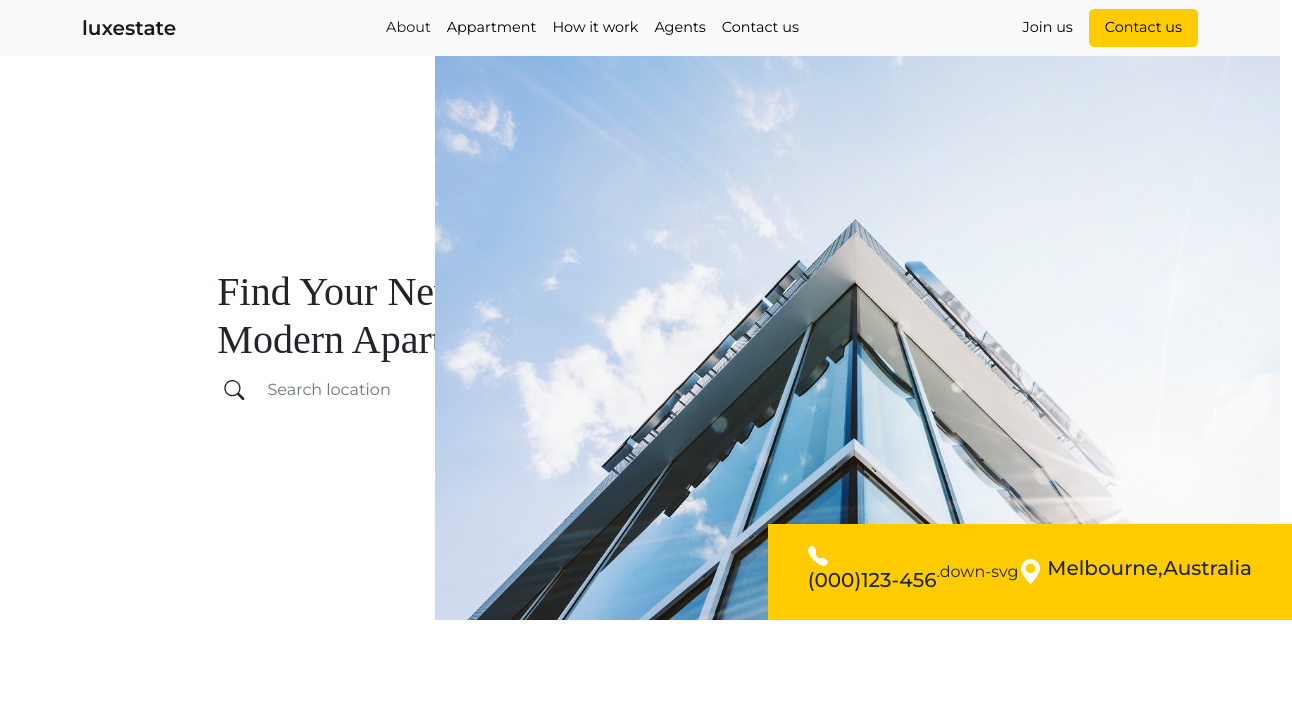
Repository: Toqa-25/luxstate
Page: index.html
The author's editor kept a copy of each file at every save. The page is drawn from the files as they stood at one save, then again after a run of saves.
The browser window is 1280 px wide. The page is 1292 px wide, so the pictures cover 1292 px, including what lies to the right of the window. The pictures show the whole page.

Above is the page before, as saved 2021-06-08 00:07:16.

### index.html
<!DOCTYPE html>
<html lang="en">
<head>
    <meta charset="UTF-8">
    <meta http-equiv="X-UA-Compatible" content="IE=edge">
    <meta name="viewport" content="width=device-width, initial-scale=1.0">
    <!-- Bootstrap file -->
    <link rel="stylesheet" href="css/bootstrap.css">
    <!-- My Bootstrap file -->
    <link rel="stylesheet" href="css/my-bootstrap.css">
    <!-- all main style -->
    <link rel="stylesheet" href="css/all.min.css">
    <!-- CDN css file -->
    <link href="https://cdn.jsdelivr.net/npm/bootstrap@5.0.1/dist/css/bootstrap.min.css" rel="stylesheet" integrity="sha384-+0n0xVW2eSR5OomGNYDnhzAbDsOXxcvSN1TPprVMTNDbiYZCxYbOOl7+AMvyTG2x" crossorigin="anonymous">
    <!-- Style file -->
    <link rel="stylesheet" href="css/style.css">
    <!-- web fonts -->
    <link rel="preconnect" href="https://fonts.gstatic.com">
<link href="https://fonts.googleapis.com/css2?family=Montserrat:wght@100;200;300;400;500;600;700;800;900&display=swap" rel="stylesheet">
    <title>Bootstarp</title>
</head>
<body>
    <nav class="navbar navbar-expand-lg navbar-light bg-light">
        <div class="container">
          <a class="navbar-brand" href="#">luxestate</a>
          <button class="navbar-toggler" type="button" data-bs-toggle="collapse" data-bs-target="#navbarSupportedContent" aria-controls="navbarSupportedContent" aria-expanded="false" aria-label="Toggle navigation">
            <span class="navbar-toggler-icon"></span>
          </button>
          <div class="collapse navbar-collapse offset-2 navbar-light" id="navbarSupportedContent">
            <ul class="navbar-nav me-auto mb-2 mb-lg-0 ">
              <li class="nav-item">
                <a class="nav-link active" aria-current="page" href="#">About</a>
              </li>
              <li class="nav-item ">
                <a class="nav-link " href="#">Appartment</a>
              </li>
              <li class="nav-item">
                <a class="nav-link" href="#">How it work</a>
              </li>
              <li class="nav-item">
                <a class="nav-link" href="#">Agents</a>
              </li>
              <li class="nav-item">
                <a class="nav-link" href="#">Contact us</a>
              </li>

            </ul>
            <ul class="nav justify-content-end last-nav">
                <li class="nav-item">
                  <a class="nav-link active" aria-current="page" href="#">Join us</a>
                </li>
                <li class="nav-item focuse">
                  <a class="nav-link " href="#">Contact us</a>
                </li>

              </ul>
          </div>
        </div>
      </nav>
      <header>
      <div class="row">
        <div class="image-section float-end col-8 ">
        <img src="images/cover-unsplash.jpg" class="img-fluid "  alt="...">
        <div class="text-over d-flex float-end">
          <div class="down-svg">
          <svg xmlns="http://www.w3.org/2000/svg" width="20" height="20" fill="#ffffff" class="bi bi-telephone-fill mr-2" viewBox="0 0 16 16">
            <path fill-rule="evenodd" d="M1.885.511a1.745 1.745 0 0 1 2.61.163L6.29 2.98c.329.423.445.974.315 1.494l-.547 2.19a.678.678 0 0 0 .178.643l2.457 2.457a.678.678 0 0 0 .644.178l2.189-.547a1.745 1.745 0 0 1 1.494.315l2.306 1.794c.829.645.905 1.87.163 2.611l-1.034 1.034c-.74.74-1.846 1.065-2.877.702a18.634 18.634 0 0 1-7.01-4.42 18.634 18.634 0 0 1-4.42-7.009c-.362-1.03-.037-2.137.703-2.877L1.885.511z"/>
          </svg>
          <h5>(000)123-456</h5>
        </div>
        .down-svg
          <svg xmlns="http://www.w3.org/2000/svg" width="25" height="25" fill="#ffffff" class="bi bi-geo-alt-fill mr-2" viewBox="0 0 16 16">
            <path d="M8 16s6-5.686 6-10A6 6 0 0 0 2 6c0 4.314 6 10 6 10zm0-7a3 3 0 1 1 0-6 3 3 0 0 1 0 6z"/>
          </svg>
          <h5>Melbourne,Australia</h5>
        </div>
        </div>
          <div class="header-text  col-4 order-first">
              <h1>Find Your New <br>
                Modern Apartment </h1>
                <form class="d-flex">
                    <svg xmlns="http://www.w3.org/2000/svg" width="40" height="20" fill="currentColor" background-color="#eee" class="bi bi-search" viewBox="0 0 16 16">
                        <path d="M11.742 10.344a6.5 6.5 0 1 0-1.397 1.398h-.001c.03.04.062.078.098.115l3.85 3.85a1 1 0 0 0 1.415-1.414l-3.85-3.85a1.007 1.007 0 0 0-.115-.1zM12 6.5a5.5 5.5 0 1 1-11 0 5.5 5.5 0 0 1 11 0z"/>
                      </svg>
                    <input class="form-control " type="search" placeholder=" Search location" aria-label="Search">
                    <button class="btn btn-warning" type="submit">Search </button>
                  </form>
          </div>

      </div>

    </header>

      <script src="js/bootstrap.min.js"></script>
</body>
</html>

### css/style.css
/* veriables */
:root{
    --main-color:#ffcc01;
}

/* global rules */
body{
    font-family: 'Montserrat', sans-serif;
    margin: 0;
    padding: 0;
}
 /* file style */

 .navbar-light .navbar-nav .nav-link,
 .last-nav  .nav-item .nav-link {
    color: black;
    font-weight: 400;
    font-size: .9rem;
}
.navbar-brand{
    font-weight: 600;
}
.last-nav   .focuse{
    background-color: var(--main-color);
    border-radius: 5px;
}
.header-text svg{
    margin:auto 5px;
}
.header-text input{
    border: none
}
.header-text button{
    background: var(--main-color);
    font-size: .75rem;
    width: 45%;
}
.header-text .d-flex{

}
.header-text {
    margin: auto;
    transform: translate(50%);
}
.header-text h1{
    font-family: mate sc;
}
header .row{
    position: relative;
}
header .image-section{
  position: relative;
}
.text-over{
    background: var(--main-color);
    padding: 20px 40px;
    position: absolute;
    right: 0;
    bottom: 0px;
    align-items: center;
}
.mr-2{
    margin-right:.25rem;
}

Loaded but not shown: css/my-bootstrap.css (library); css/all.min.css (library); js/bootstrap.min.js (library); css/bootstrap.css (no copy from this time; the picture is the same without it)

After the next 2 saves:
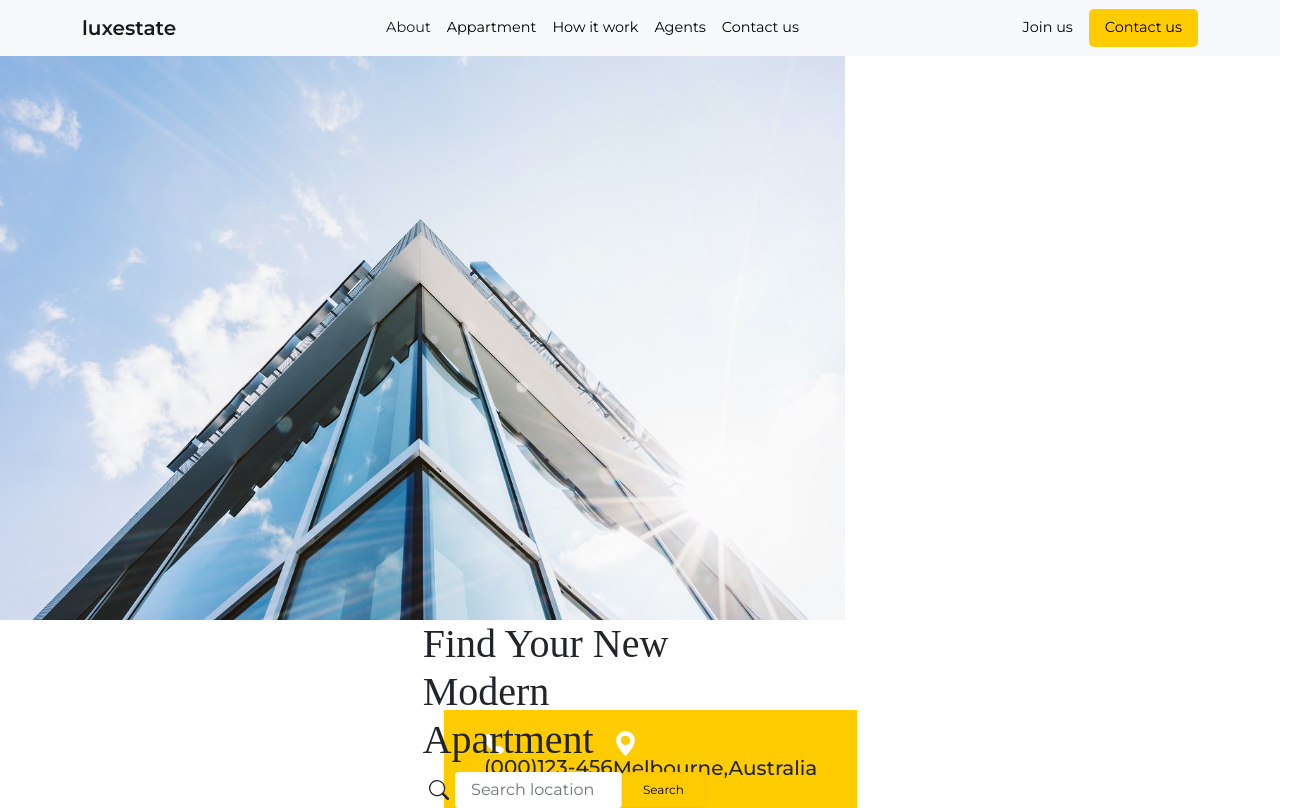
The 2 saves are shown as one change because they came seconds apart.
The last was saved 7 s later.
--- a/index.html
+++ b/index.html
@@ -68,7 +68,7 @@
           </svg>
           <h5>(000)123-456</h5>
         </div>
-        .down-svg
+        <div class="down-svg">
           <svg xmlns="http://www.w3.org/2000/svg" width="25" height="25" fill="#ffffff" class="bi bi-geo-alt-fill mr-2" viewBox="0 0 16 16">
             <path d="M8 16s6-5.686 6-10A6 6 0 0 0 2 6c0 4.314 6 10 6 10zm0-7a3 3 0 1 1 0-6 3 3 0 0 1 0 6z"/>
           </svg>

After the save that followed:
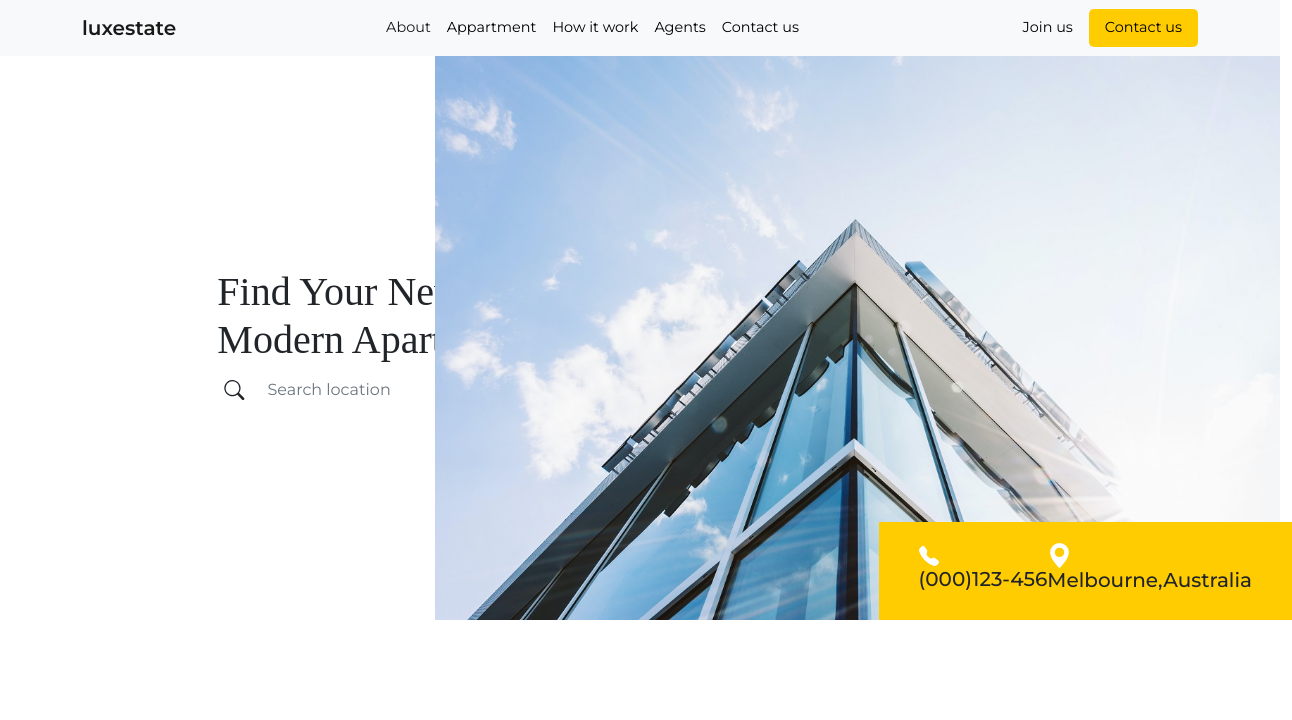
Saved 5 s later.
--- a/index.html
+++ b/index.html
@@ -75,6 +75,7 @@
           <h5>Melbourne,Australia</h5>
         </div>
         </div>
+        </div>
           <div class="header-text  col-4 order-first">
               <h1>Find Your New <br>
                 Modern Apartment </h1>
